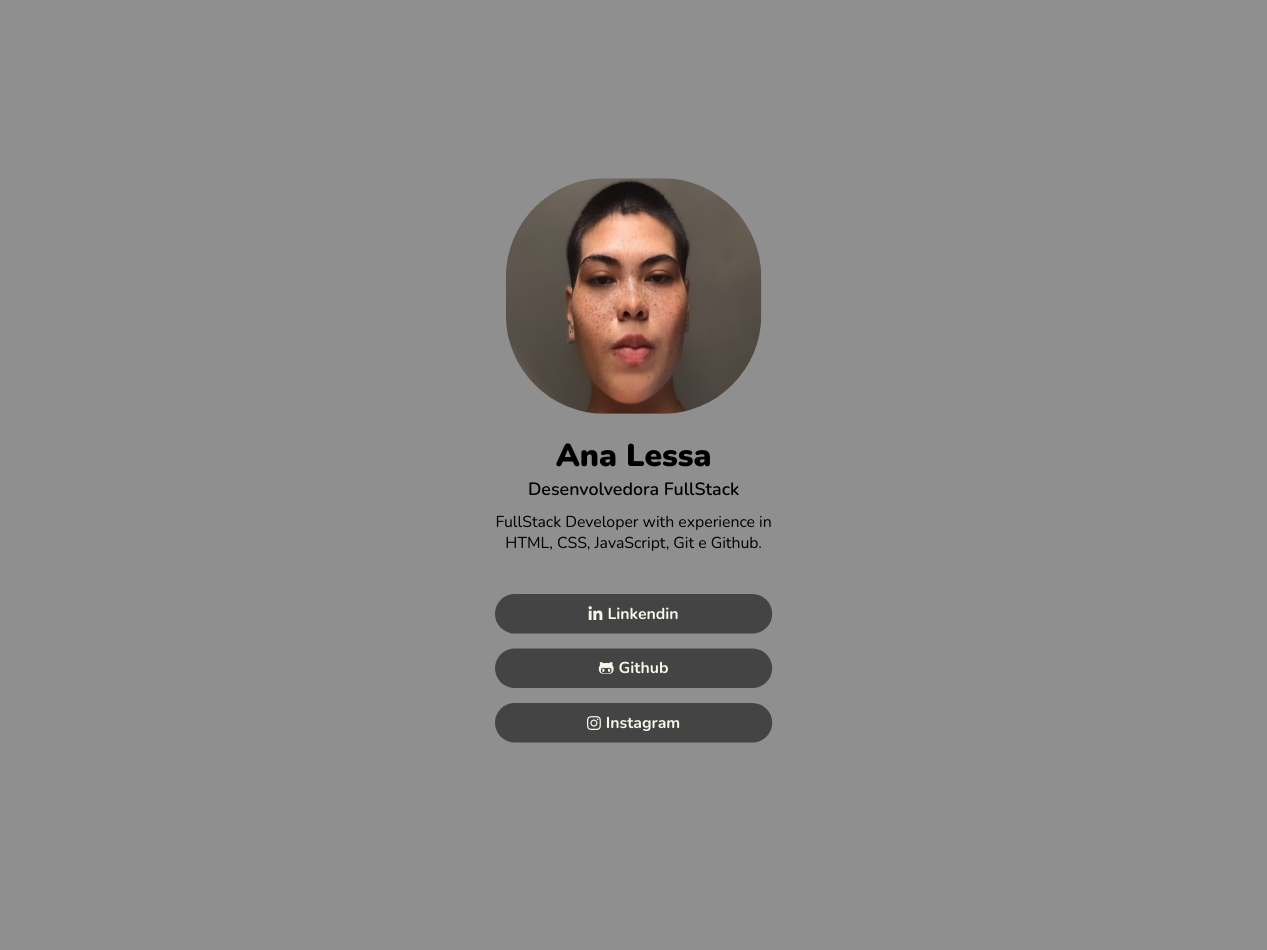
Repository: analessp/linktree
Page: index.html
These files come from the project's save history. The page is drawn as it stood at one moment and after the next save; the edit follows.
The browser window is 1280 px wide. The pictures show the whole page, at 99% of full size.

Above is the page before, as saved 2025-04-11 10:54:13.

### index.html
<!DOCTYPE html>
<html lang="pt-BR">
<head>
    <meta charset="UTF-8">
    <meta name="viewport" content="width=device-width, initial-scale=1.0">
    <title>Linktree Ana Lessa</title>
    <link rel="stylesheet" href="style.css">
    <link rel="preconnect" href="https://fonts.googleapis.com">
    <link rel="preconnect" href="https://fonts.gstatic.com" crossorigin>
    <link href="https://fonts.googleapis.com/css2?family=Nunito:ital,wght@0,200..1000;1,200..1000&display=swap" rel="stylesheet">
    <link rel="stylesheet" href="https://cdnjs.cloudflare.com/ajax/libs/font-awesome/6.5.0/css/all.min.css">
</head>
<body>
    <div class="container-main">
    <div class="container-image">
        <img src="./assets/img.jpg" alt="Foto de Ana Lessa">
    </div>
    <div class="container-infos">
        <h1>Ana Lessa</h1>
        <h2>Desenvolvedora FullStack</h2>
    </div>
    <div class="container-easter-egg">
        <p>FullStack Developer with experience in HTML, CSS, JavaScript, Git e Github.</p>
    </div>
    <div class="container-social-links">
        <ul>
            <a href="https://www.linkedin.com/in/ana-lessa-2a312a253/" target="_blank">
            <li>
            <i class="fa-brands fa-linkedin-in"></i>
            <p>Linkendin</p>
            </li></a>
            <a href="https://github.com/analessp" target="_blank">
            <li>
            <i class="fa-brands fa-github-alt"></i>
            <p>Github</p>
            </li></a>
            <a href="https://www.instagram.com/analessp/" target="_blank">
            <li>
            <i class="fa-brands fa-instagram"></i>
            <p>Instagram</p>
            </li></a>
        </ul>
    </div>
    </div>
</body>
</html>

### style.css
* {
    font-family: "Nunito", sans-serif;
    margin: 0;
    padding: 0;
    box-sizing: border-box;
}

body {
    background-color: #8f8f8f;
}

.container-main {
    background-color: #8f8f8f;
    width: 400px;
    height: 720px;
    box-sizing: border-box;
    margin: 120px auto;
    padding: 60px;
    border-radius: 15px;
    text-align: center;
}

.container-image img{
        width: 258px;
        height: 238px;
        border-radius: 100px;
}

.container-infos {
margin-top: 15px;
margin-bottom: 10px;
}

.container-infos h1 {
    font-weight: 900;
}

.container-infos h2 {
    font-weight: 600;
    font-size: 18px;
}

.container-social-links ul {
    list-style: none;
}

.container-social-links a {
    text-decoration: none;
    color: #f4f8ea;
}

.container-social-links {
    margin-top: 40px;
}

.container-social-links li {
    display: flex;
    justify-content: center;
    gap: 5px;
    align-items: center;
    width: 280px;
    height: 40px;
    background-color: #444444;
    margin: 15px 0;
    padding: 8px 0;
    border-radius: 20px;
    font-weight: 700;
}

After the next save:
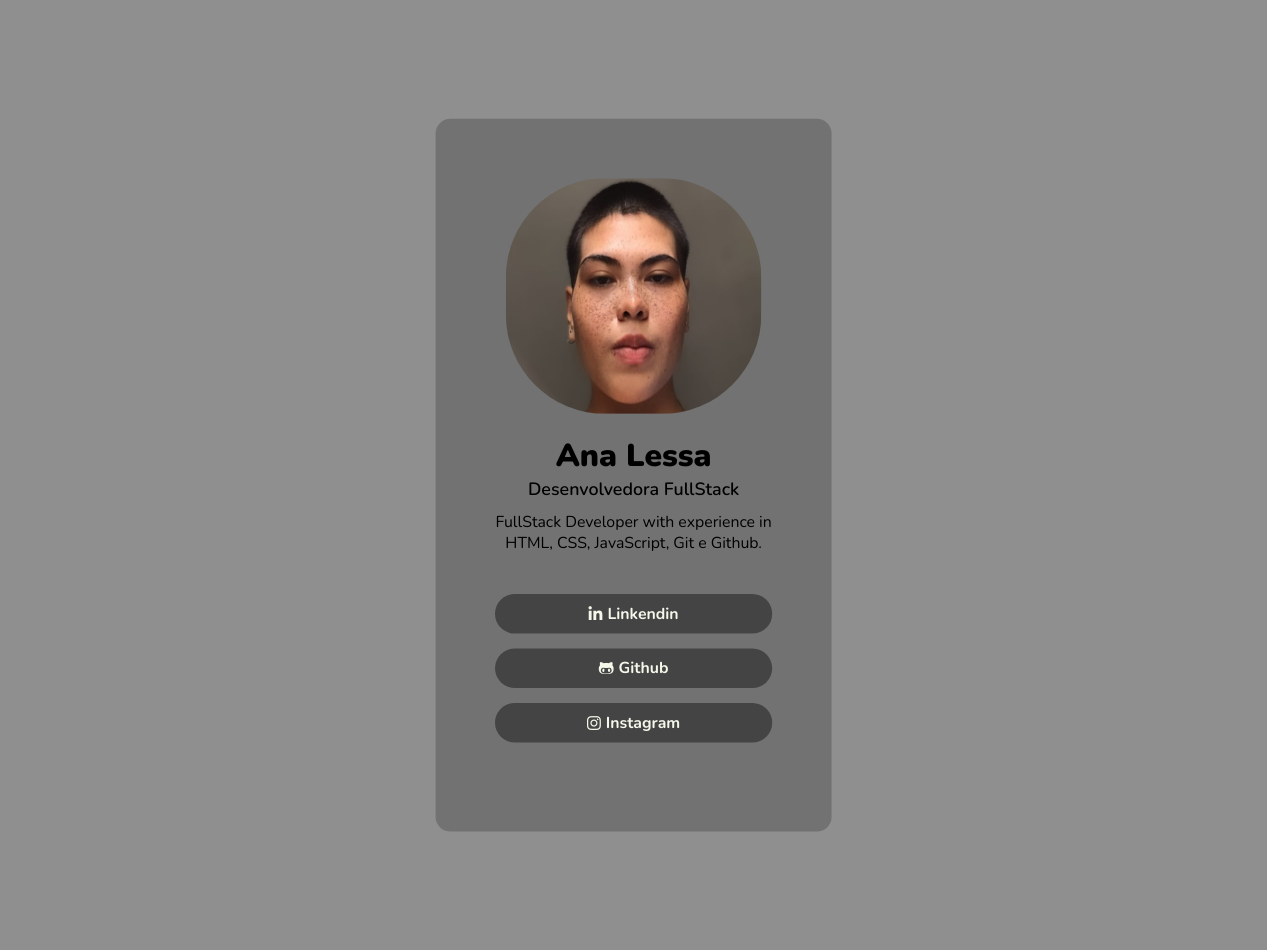
Saved 23 s later.
--- a/style.css
+++ b/style.css
@@ -10,7 +10,7 @@ body {
 }
 
 .container-main {
-    background-color: #8f8f8f;
+    background-color: #727272;
     width: 400px;
     height: 720px;
     box-sizing: border-box;
